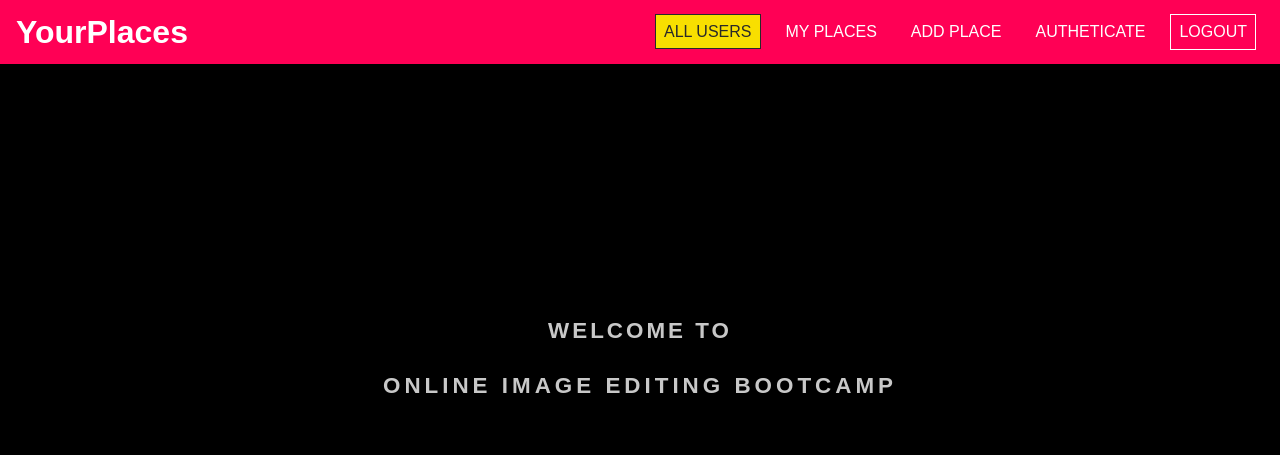
Repository: TanviSanyal/ImageEditingBootcamp
Page: /
The author's editor kept a copy of each file at every save. The page is drawn from the files as they stood at one save, then again after the next save.
The browser window is 1280 px wide. The pictures show the whole page.
The project was rebuilt for these pictures with package versions that can differ from the ones it lists, and the page was loaded fresh each time. Also part of the build but not shown: src/shared/components/navigation/SideDrawer.css, src/shared/components/UIElements/Backdrop.css, src/shared/components/UIElements/Backdrop.js.

Above is the page before, as saved 2020-09-26 23:11:07.

### public/index.html
<!DOCTYPE html>
<html lang="en">
  <head>
    <meta charset="utf-8" />
    <link rel="icon" href="%PUBLIC_URL%/favicon.ico" />
    <meta name="viewport" content="width=device-width, initial-scale=1" />
    <meta name="theme-color" content="#000000" />
    <meta
      name="description"
      content="Web site created using create-react-app"
    />
    <link rel="apple-touch-icon" href="%PUBLIC_URL%/logo192.png" />
    <link rel="manifest" href="%PUBLIC_URL%/manifest.json" />
    <title>React App</title>
  </head>
  <body>
    <noscript>You need to enable JavaScript to run this app.</noscript>
    <div id="backdrop-hook"></div>
    <div id="modal-hook"></div>
    <div id="drawer-hook"></div>
    <div id="root"></div>
  </body>
</html>

### src/index.css
@import url('https://fonts.googleapis.com/css?family=Open+Sans:400,700&display=swap');

* {
  box-sizing: border-box;
}

html {
  font-family:Arial, Helvetica, sans-serif;
	font-weight:normal;
}

body {
  margin: 0;
  background: black;
}

### src/App.js
import React from 'react';
import {
  BrowserRouter as Router,
  Route,
  Redirect,
  Switch
} from 'react-router-dom';
import './App.css'
import MainNavigation from '../src/shared/components/navigation/MainNavigation';


const App = () => {

  // <Switch>
  //   <Route path="/" exact>
  //     {/* <Users /> */}
  //   </Route>
  //   <Route path="/:userId/places" exact>
  //     {/* <UserPlaces /> */}
  //   </Route>
  //   <Route path="/places/new" exact>
  //     {/* <NewPlace /> */}
  //   </Route>
  //   <Route path='/places/:placeId'>
  //     {/* <UpdatePlace /> */}
  //   </Route>
  //   <Redirect to="/" />
  // </Switch>

  return (
    <Router>
      <MainNavigation />
      <main className="main-body">
        <p className="text1">welcome to</p>
        <p className="text2"> Online Image Editing Bootcamp</p>
      </main>
    </Router>
  );
};

export default App;

### src/App.css

.main-body{
  text-align: center;
  padding-top: 30vh;
  padding-left: 3%;
  padding-right: 3%;
  text-transform: uppercase;
}

.text1{
  color:rgb(200,200,200);
  font-size: 140%;
  letter-spacing: 3PX;
  font-weight: 700;
}
.text2{
  color: rgb(200,200,200);
  font-size: 140%;
  letter-spacing: 4PX;
  line-height: 37PX;
  font-weight: 700;
}

### src/shared/components/navigation/MainNavigation.js
import React, { useState } from 'react';
import { Link } from 'react-router-dom';

import MainHeader from './MainHeader';
import NavLinks from './NavLinks';
import SideDrawer from './SideDrawer';
import Backdrop from '../UIElements/Backdrop';
import './MainNavigation.css';

const MainNavigation = props => {
  const [drawerIsOpen, setDrawerIsOpen] = useState(false);

  const openDrawerHandler = () => {
    setDrawerIsOpen(true);
  };

  const closeDrawerHandler = () => {
    setDrawerIsOpen(false);
  };

  return (
    <React.Fragment>
      {drawerIsOpen && <Backdrop onClick={closeDrawerHandler} />}
      <SideDrawer show={drawerIsOpen} onClick={closeDrawerHandler}>
        <nav className="main-navigation__drawer-nav">
          <NavLinks />
        </nav>
      </SideDrawer>

      <MainHeader>
        <button className="main-navigation__menu-btn" onClick={openDrawerHandler}>
          <span />
          <span />
          <span />
        </button>
        <h1 className="main-navigation__title">
          <Link to="/">YourPlaces</Link>
        </h1>
        <nav className="main-navigation__header-nav">
          <NavLinks />
        </nav>
      </MainHeader>
    </React.Fragment>
  );
};

export default MainNavigation;

### src/shared/components/navigation/MainHeader.js
import React from 'react';

import './MainHeader.css';

const MainHeader = props => {
  return <header className="main-header">{props.children}</header>;
};

export default MainHeader;

### src/shared/components/navigation/NavLinks.js
import React,{useContext} from 'react';
import './NavLinks.css';
import {NavLink} from 'react-router-dom';
// import {AuthContext} from '../../context/auth-context';

const NavLinks = props => {

    // const auth = useContext(AuthContext);
    return(
        <ul className="nav-links">
            <li>
                <NavLink to="/" exact>ALL USERS</NavLink>
            </li>
           <li>
                <NavLink to="/u1/places">MY PLACES</NavLink>
            </li>
           <li>
                <NavLink to="/places/new">ADD PLACE</NavLink>
            </li>
            <li>
                <NavLink to="/auth">AUTHETICATE</NavLink>
            </li>
             <li><button >LOGOUT</button></li>
        </ul>
    );
};

export default NavLinks;

### src/shared/components/navigation/MainNavigation.css
.main-navigation__menu-btn {
    width: 3rem;
    height: 3rem;
    background: transparent;
    border: none;
    display: flex;
    flex-direction: column;
    justify-content: space-around;
    margin-right: 2rem;
    cursor: pointer;
  }

  .main-navigation__menu-btn span {
    display: block;
    width: 3rem;
    height: 2.5px;
    background: white;
  }

  .main-navigation__title {
    color: white;
  }

  .main-navigation__title a {
    text-decoration: none;
    color: white;
  }

  .main-navigation__header-nav {
    display: none;
  }

  .main-navigation__drawer-nav {
    height: 100%;
  }

  @media (min-width: 768px) {
    .main-navigation__menu-btn {
      display: none;
    }

    .main-navigation__header-nav {
      display: block;
    }
  }

### src/shared/components/navigation/NavLinks.css
.nav-links {
    list-style: none;
    margin: 0;
    padding: 0;
    width: 100%;
    height: 100%;
    display: flex;
    flex-direction: column;
    justify-content: center;
    align-items: center;
  }

  .nav-links li {
    margin: 1rem;
  }

  .nav-links a {
    border: 1px solid transparent;
    color: #292929;
    text-decoration: none;
    padding: 0.5rem;
  }

  .nav-links a:hover,
  .nav-links a:active,
  .nav-links a.active {
    background: #f8df00;
    border-color: #292929;
    color: #292929;
  }

  .nav-links button {
    cursor: pointer;
    border: 1px solid #292929;
    color: #292929;
    background: transparent;
    padding: 0.5rem;
    font: inherit;
  }

  .nav-links button:focus {
    outline: none;
  }

  .nav-links button:hover,
  .nav-links button:active {
    background: #292929;
    color: white;
  }

  @media (min-width: 768px) {
    .nav-links {
      flex-direction: row;
    }

    .nav-links li {
      margin: 0 0.5rem;
    }

    .nav-links a {
      color: white;
      text-decoration: none;
    }

    .nav-links button {
      border: 1px solid white;
      color: white;
      background: transparent;
    }

    .nav-links button:hover,
    .nav-links button:active {
      background: #f8df00;
      color: #292929;
    }
  }

Loaded but not shown: src/index.js (common file); src/shared/components/navigation/SideDrawer.js (common file); src/shared/components/navigation/MainHeader.css (common file)

After the next save:
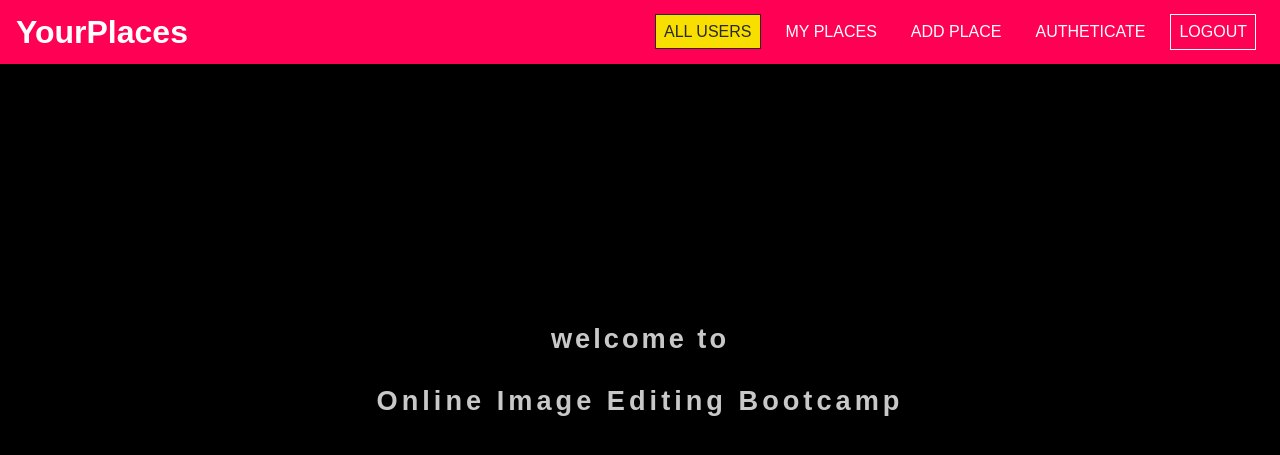
Saved 26 s later.
--- a/src/App.css
+++ b/src/App.css
@@ -4,18 +4,17 @@
   padding-top: 30vh;
   padding-left: 3%;
   padding-right: 3%;
-  text-transform: uppercase;
 }
 
 .text1{
   color:rgb(200,200,200);
-  font-size: 140%;
+  font-size: 170%;
   letter-spacing: 3PX;
   font-weight: 700;
 }
 .text2{
   color: rgb(200,200,200);
-  font-size: 140%;
+  font-size: 170%;
   letter-spacing: 4PX;
   line-height: 37PX;
   font-weight: 700;
